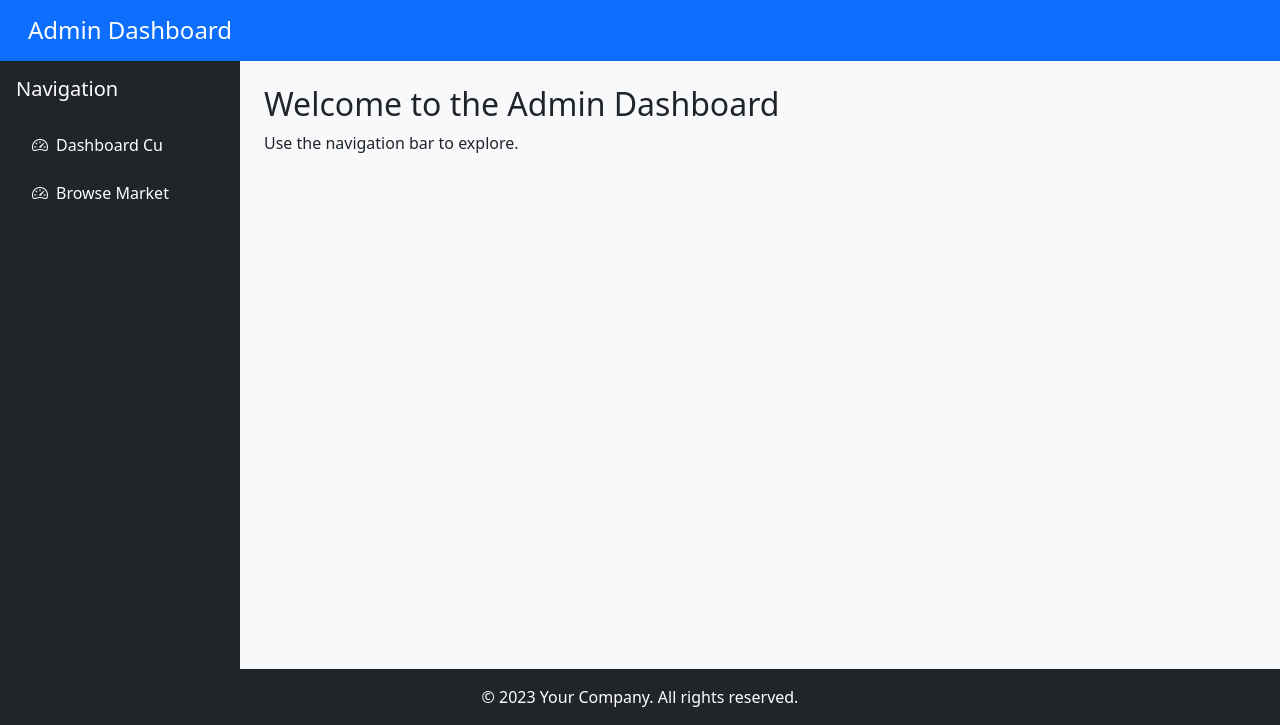
Repository: AbdulqadirSaid/react-market-front-end
Page: /browse-market
The author's editor kept a copy of each file at every save. The page is drawn from the files as they stood at one save, then again after a run of saves.
The browser window is 1280 px wide. The pictures show the whole page.
The project was rebuilt for these pictures with package versions that can differ from the ones it lists, and the page was loaded fresh each time. Also part of the build but not shown: src/LoginForm.js, src/App.css, src/admin/Dashboard.js, src/owner/OwnerDashboard.js, src/customer/CustomerDashboard.js.

Above is the page before, as saved 2025-06-01 16:41:31.

### src/index.js
import React from 'react';
import ReactDOM from 'react-dom/client';
import './index.css';
import App from './App';
import reportWebVitals from './reportWebVitals';
import { BrowserRouter } from 'react-router-dom';


const root = ReactDOM.createRoot(document.getElementById('root'));
root.render(
  <React.StrictMode>
    <BrowserRouter>
        <App />
    </BrowserRouter>
  </React.StrictMode>
);

// If you want to start measuring performance in your app, pass a function
// to log results (for example: reportWebVitals(console.log))
// or send to an analytics endpoint. Learn more: https://bit.ly/CRA-vitals
reportWebVitals();

### src/index.css
.rounded-logo {
  width: 100px; /* Adjust the size as needed */
  height: 100px; /* Adjust the size as needed */
  border-radius: 50%; /* Makes the image rounded */
}


.nav-link {
  transition: background-color 0.3s ease;
}

.nav-link:hover {
  background-color: rgba(255, 255, 255, 0.1); /* Lighten background on hover */
}

### src/App.js
import LoginForm from './LoginForm'
import './../node_modules/bootstrap/dist/css/bootstrap.min.css'
import './App.css';
import Header from './components/Header';
import Sidebar from './components/Sidebar';
import Footer from './components/Footer';
import Dashboard from './admin/Dashboard';
import OwnerDash from './owner/OwnerDashboard'
import CustDash from './customer/CustomerDashboard'
import BrowseMarket from './customer/BrowseMarket'

import { Route, Routes } from 'react-router-dom';

function App() {
  return (
    // <><LoginForm />
    // <Dashboard/>
    // </>

    <Routes>

      <Route path='/' element={<LoginForm/>} />


      {/* Admin */}

      <Route path='/admin-dash' element={<Dashboard/>} />


      {/* Owner */}

      <Route path='/owner-dash' element={<OwnerDash/>} />


      {/* Customer  */}

      <Route path='/dashboard' element={<CustDash/>} />

      <Route path='/browse-market' element={<BrowseMarket/>} />



    </Routes>
  );
}

export default App;

### src/components/Header.js
import React from 'react';

const Header = () => {
  return (
    <header className="bg-primary text-white p-3 shadow-sm">
      <div className="container-fluid d-flex align-items-center">
        <h4 className="mb-0">Admin Dashboard</h4>
      </div>
    </header>
  );
};

export default Header;

### src/components/Sidebar.js
import React from 'react';
import { Link } from 'react-router-dom';
import 'bootstrap-icons/font/bootstrap-icons.css';
import links from './Links';

// Set 'Admin' as the default value for userRole
const Sidebar = ({ userRole = 'Customer' }) => {
  const roleLinks = links[userRole] || [];

  const getIconClass = (iconName) => {
    switch (iconName) {
      case 'dashboard':
        return 'bi-speedometer2';
      case 'users':
        return 'bi-people-fill';
      case 'settings':
        return 'bi-gear-fill';
      case 'reports':
        return 'bi-bar-chart-line-fill';
      case 'box-seam': // Added for 'My Orders' example
        return 'bi-box-seam';
      default:
        return 'bi-circle';
    }
  };

  return (
    <nav
      className="bg-dark text-white d-flex flex-column p-3"
      style={{ width: '240px', minHeight: 'calc(100vh - 112px)' }}
    >
      <h5 className="mb-4">Navigation</h5>
      <ul className="nav nav-pills flex-column">
        {roleLinks.map((linkItem, index) => (
          <li key={index} className="nav-item mb-2">
            <Link to={linkItem.path} className="nav-link text-white d-flex align-items-center">
              <i className={`bi ${getIconClass(linkItem.icon)} me-2`}></i> {linkItem.label}
            </Link>
          </li>
        ))}
      </ul>
    </nav>
  );
};

export default Sidebar;

### src/components/Footer.js
import React from 'react';

const Footer = () => {
  return (
    <footer className="bg-dark text-white text-center p-3">
      <p className="mb-0">© 2023 Your Company. All rights reserved.</p>
    </footer>
  );
};

export default Footer;

### src/customer/BrowseMarket.js
import React from 'react';
import Header from '../components/Header';
import Sidebar from '../components/Sidebar';
import Footer from '../components/Footer';


const BrowseMarket = () => {
  return (
    <div className="d-flex flex-column min-vh-100">
      <Header />
      <div className="d-flex flex-grow-1">
        <Sidebar />
        <main className="flex-grow-1 p-4" style={{ backgroundColor: '#f8f9fa' }}>
          <h2>Welcome to the Admin Dashboard</h2>
          <p>Use the navigation bar to explore.</p>
          {/* Your dashboard content here */}
        </main>
      </div>
      <Footer />
    </div>
  );
};

export default BrowseMarket;

### src/components/Links.js
const links = {

    Admin:[
        { label: 'Dashboard', path: '/admin-dash', icon: 'dashboard' }

    ],

    Owner:[
        { label:'Dashboard', path: '/owner-dash', icon: 'dashboard' }

    ],

    Customer:[
        {label:'Dashboard Cu', path:'/dashboard', icon: 'dashboard'},
        {label:'Browse Market', path:'/browse-market', icon: 'dashboard'},


    ]

}

export default links;

Loaded but not shown: public/index.html (common file); src/reportWebVitals.js (common file)

After the next 2 saves:
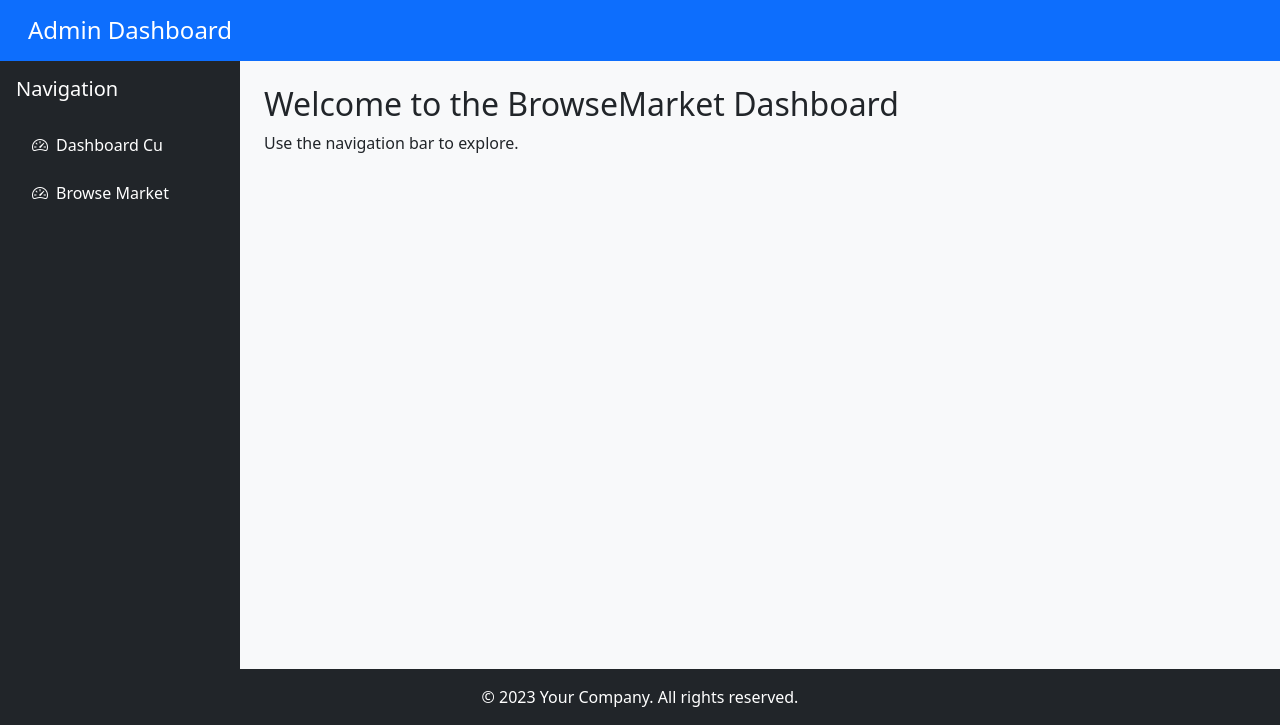
The 2 saves are shown as one change because they came seconds apart.
The last was saved 8 s later.
--- a/src/customer/BrowseMarket.js
+++ b/src/customer/BrowseMarket.js
@@ -11,7 +11,7 @@ const BrowseMarket = () => {
       <div className="d-flex flex-grow-1">
         <Sidebar />
         <main className="flex-grow-1 p-4" style={{ backgroundColor: '#f8f9fa' }}>
-          <h2>Welcome to the Admin Dashboard</h2>
+          <h2>Welcome to the BrowseMarket Dashboard</h2>
           <p>Use the navigation bar to explore.</p>
           {/* Your dashboard content here */}
         </main>
